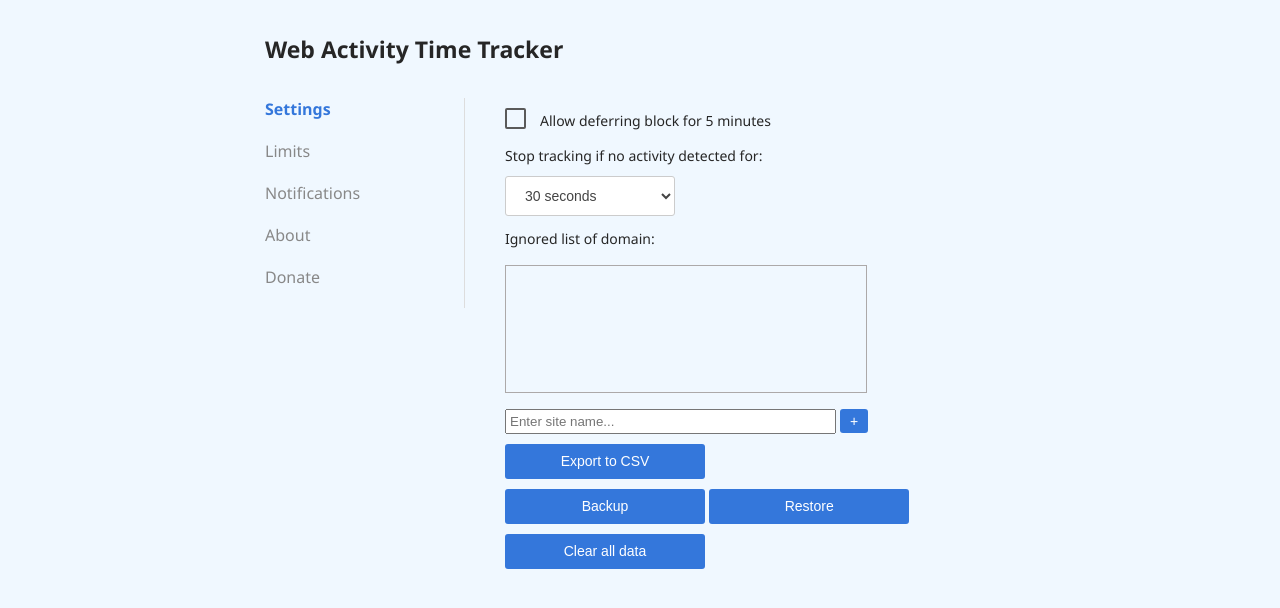
Repository: Inakhoyan/Lab-Project
Page: options.html
These files come from the project's save history. The page is drawn as it stood at one moment and after the next save; the edit follows.
The browser window is 1280 px wide. The pictures show the whole page.

Above is the page before, as saved 2022-11-19 00:44:58.
Console error: TypeError: Cannot read properties of null (reading 'addEventListener')

### options.html
<!DOCTYPE html>
<html lang="en">
<head>
    <head>
        <meta charset="utf-8">
        <title>Web Activity Time Tracker</title>
        <!-- <link href="style/picker/standalone.min.css" rel="stylesheet">
        <link href="style/picker/clockpicker.min.css" rel="stylesheet"> -->
        <link href="style/settings.css" rel="stylesheet">
        <script src="scripts/common.js"></script>
        <script src="scripts/storage.js"></script>
        <script src="scripts/settings.js"></script>
        <script src="scripts/restriction.js"></script>
        <script src="scripts/url.js"></script>
        <!-- <script src="scripts/picker/jquery-3.3.1.min.js"></script>
        <script src="scripts/picker/clockpicker.min.js"></script> -->
    </head>
</head>
<body>
    <body>
        <div class="content">
            <div class="header">
                <p class="title">Web Activity Time Tracker</p>
            </div>
            <div id="nav" class="nav">
                <a id="settingsBtn" class="active">Settings</a>
                <a id="restrictionsBtn">Limits</a>
                <a id="notifyBtn">Notifications</a>
                <a id="aboutBtn">About</a>
                <a id="donateBtn">Donate</a>
            </div>
            <div id="block">
                <div id="settingsBlock">

                    <div class="margin-top-10">
                        <label>
                            <input type="checkbox" class="filled-in" id="blockDeferral">
                            <span>Allow deferring block for 5 minutes</span>
                        </label>
                    </div>

                    <div class="margin-top-10">
                        <label>Stop tracking if no activity detected for: </label>
                        <div class="tooltip"><img height="18">
                            <span class="tooltiptext">An activity is an action with a mouse or keyboard</span>
                        </div>
                        <div class="margin-top-10">
                            <select id="intervalInactivity" class="option">
                                <option value="30">30 seconds</option>
                                <option value="45">45 seconds</option>
                                <option value="60">1 min</option>
                                <option value="120">2 min</option>
                                <option value="300">5 mins</option>
                                <option value="600">10 mins</option>
                                <option value="1200">20 mins</option>
                                <option value="1800">30 mins</option>
                            </select>
                        </div>

                        <div class="margin-top-10">
                            <label>Ignored list of domain: </label>
                            <div class="tooltip"><img height="18">
                                <span class="tooltiptext">Activity for these domains not will tracked</span>
                            </div>
                            <div class="margin-top-10">
                                <ul id="blackList" class="listbox" size="7"></ul>
                            </div>
                            <div class="margin-top-10">
                                <input type="text" placeholder="Enter site name..." id="addBlackSiteLbl">
                                <input type="button" value="+" id="addBlackSiteBtn">
                            </div>
                            <div class="notify warning" id="notifyForBlackList" hidden="">
                                The site is already in the list
                            </div>
                        </div>
                        <div class="margin-top-10">
                            <input type="button" value="Export to CSV" id="exportToCsv">
                        </div>
                        <div class="margin-top-10">
                            <input type="button" value="Backup" id="backup">
                            <input type="button" value="Restore" id="restore">
                            <input id="file-input-backup" class="hidden" type="file" name="backupFile">
                        </div>
                        <div class="notify" id="notify-backup" hidden="">
                            Backup completed successfully
                        </div>
                        <div class="notify" id="notify-restore" hidden="">
                            Restore completed successfully
                        </div>
                        <div class="notify warning" id="notify-restore-failed" hidden="">
                            Backup file is not valid
                        </div>

                        </div>
                        <div class="margin-top-10"><input type="button" value="Clear all data" id="clearAllData"></div>
                        <div class="notify" id="notify" hidden="">
                            Data successfully deleted
                        </div>
                    </div>
                </div>
                <div id="restrictionsBlock" hidden="">
                    <label>Access daily restrictions for websites: </label>
                    <div class="tooltip"><img src="/icons/information.svg" height="18">
                        <span class="tooltiptext">Set the maximum time allowed on the site per day. After this time, has elapsed the site will be blocked.
                            Restrictions can be configured for specific paths on a site as well.</span>
                    </div>
                    <div class="margin-top-10">
                        <input type="text" class="label-with-list" placeholder="Enter site name..." id="addRestrictionSiteLbl">
                        <div class="inline-block clockpicker" data-placement="left" data-align="top" data-autoclose="true">
                            <input type="text" class="clock" placeholder="Time..." readonly="" id="addRestrictionTimeLbl">
                        </div>
                        <input type="button" value="+" class="btn-with-list" id="addRestrictionSiteBtn">
                    </div>
                    <div class="margin-top-10">
                        <ul id="restrictionsList" class="listbox list" size="10"></ul>
                    </div>
                    <div class="notify warning notify-width-300" id="notifyForRestrictionList" hidden="">
                        The site is already in the list
                    </div>
                </div>



            </div>
        </div>



    </body>
</body>
</html>

### style/settings.css
body {
    font-family: "Segoe UI", Tahoma, sans-serif !important;
    color: #262626;
    background-color: aliceblue;
}

.content {
    width: 750px;
    margin: 10px auto;
    display: grid;
    grid-template-columns: 200px auto;
    grid-column-gap: 40px;
    grid-template-areas: 'h h' 'n m';
}

.title{
    font-size: 23px;
    font-weight: 650;
}

.header{
    grid-area: h;
    margin: 0 0 10px;
    font-size: 20px;
}

a {
    color: #3477db;
    text-decoration: none;
    cursor: pointer;
}

.nav{
    grid-area: n;
    border-right: 1px solid #ddd;
    padding-right: 15px;
    align-self: start;
}

.nav a {
    font-size: 16px;
    margin-bottom: 20px;
    color: #888;
    display: block;
}

.nav a:hover {
    font-size: 16px;
    margin-bottom: 20px;
    color: #3477db;
    display: block;
    font-weight: 650;
}

.nav .active {
    color: #3477db;
    font-weight: bold;
}

label{
    font-size: 14px;
}

[type="checkbox"]:not(:checked),[type="checkbox"]:checked {
    position: absolute;
    opacity: 0;
    pointer-events: none
}

[type="checkbox"]+span {
    position: relative;
    padding-left: 35px;
    cursor: pointer;
    display: inline-block;
    height: 25px;
    line-height: 25px;
    font-size: 14px;
    -webkit-user-select: none;
    -moz-user-select: none;
    -ms-user-select: none;
    user-select: none
}

[type="checkbox"]+span:before,[type="checkbox"]:not(.filled-in)+span:after {
    content: '';
    position: absolute;
    top: 0;
    left: 0;
    width: 18px;
    height: 18px;
    z-index: 0;
    border: 2px solid #5a5a5a;
    border-radius: 1px;
    margin-top: 3px;
}

[type="checkbox"]:not(:checked):disabled+span:before {
    border: none;
    background-color: rgba(0,0,0,0.42)
}

[type="checkbox"]:checked:disabled+span:before {
    border-right: 2px solid rgba(0,0,0,0.42);
    border-bottom: 2px solid rgba(0,0,0,0.42)
}

[type="checkbox"].filled-in+span:after {
    border-radius: 2px
}

[type="checkbox"].filled-in+span:before,[type="checkbox"].filled-in+span:after {
    content: '';
    left: 0;
    position: absolute;
    z-index: 1
}

[type="checkbox"].filled-in:not(:checked)+span:before {
    width: 0;
    height: 0;
    border: 3px solid transparent;
    left: 6px;
    top: 10px;
    -webkit-transform: rotateZ(37deg);
    transform: rotateZ(37deg);
    -webkit-transform-origin: 100% 100%;
    transform-origin: 100% 100%
}

[type="checkbox"].filled-in:not(:checked)+span:after {
    height: 17px;
    width: 17px;
    background-color: transparent;
    border: 2px solid #5a5a5a;
    top: 0px;
    z-index: 0
}

[type="checkbox"].filled-in:checked+span:before {
    top: -3px;
    left: -2px;
    width: 7px;
    height: 12px;
    border-top: 3px solid transparent;
    border-left: 3px solid transparent;
    border-right: 3px solid #fff;
    border-bottom: 3px solid #fff;
    -webkit-transform: rotateZ(35deg);
    transform: rotateZ(35deg);
    -webkit-transform-origin: 100% 100%;
    transform-origin: 100% 100%
}

[type="checkbox"].filled-in:checked+span:after {
    top: 0;
    width: 17px;
    height: 17px;
    border: 2px solid #3477db;
    background-color: #3477db;
    z-index: 0
}

input[type="button"]{
    background: #3477db;
    color: #fff;
    border-radius: 3px;
    height: 35px;
    line-height: 35px;
    padding: 0 20px;
    border: 0;
    font-size: 14px;
    font-weight: 500;
    cursor: pointer;
    min-width: 80px;
    text-align: center;
    width: 200px;
}

input[type="button"]:hover {
    background: #5c9dfe;
    text-decoration: none;
  }


  input[type="button"][disabled]{
    border: 1px solid #999999;
    background-color: #cccccc;
    color: #666666;
  }

.margin-top-10{
      margin-top: 10px;
  }

.margin-top-20{
    margin-top: 20px;
}

.margin-left-5{
    margin-left: 5px;
}

.option {
    min-width: 170px;
    color: #444;
    background: #fff;
    border-radius: 3px;
    margin: 0;
    padding: 10px 30px 10px 15px;
    font-size: 14px;
    border-color: #ccc;
    position: relative;
    cursor: pointer;
}

.tooltip {
    position: relative;
    display: inline-block;
  }

  /* Tooltip text */
  .tooltip .tooltiptext {
    visibility: hidden;
    width: 250px;
    background-color: #555;
    color: #fff;
    text-align: center;
    padding: 5px;
    border-radius: 6px;

    /* Position the tooltip text */
    position: absolute;
    z-index: 1;
    transform: translateX(-50%) translateY(-120%);

    /* Fade in tooltip */
    opacity: 0;
    transition: opacity 0.3s;
  }

  /* Show the tooltip text when you mouse over the tooltip container */
  .tooltip:hover .tooltiptext {
    visibility: visible;
    opacity: 1;
  }

  .hidden{
      display: none !important;
  }

  .notify{
    width: 220px;
    height: 27px;
    margin: auto;
    background-color: rgb(21, 104, 0);
    color: rgb(255, 255, 255);
    text-align: center;
    font-weight: 600;
    border-radius: 5px;
    position: fixed;
    z-index: 1;
    top: 10px;
    right: 20px;
    font-size: 15px;
    white-space: nowrap;
    padding: 10px;
  }

  .listbox{
      overflow-y: auto;
      width: 350px;
      height: 120px;
      padding: 3px;
      padding: 3px 5px 3px 5px;
      border: 1px solid rgb(172, 169, 169);
  }

  .listbox img{
      float: right;
      cursor: pointer;
  }

  #addBlackSiteLbl{
      width: 321px;
      height: 15px;
      padding: 3px;
  }

  #addBlackSiteBtn{
    height: 24px !important;
    line-height: 20px !important;
    padding: 0 5px !important;
    min-width: 20px !important;
    width: 28px !important;
  }

  .label-with-list{
    width: 333px;
    height: 15px;
    padding: 3px;
}

.btn-with-list{
  height: 24px !important;
  line-height: 20px !important;
  padding: 0 5px !important;
  min-width: 20px !important;
  width: 28px !important;
}

.list{
    width: 440px;
    height: 250px;
}

.clock{
    width: 65px;
    height: 15px;
    padding: 3px;
}

.clock-li-readonly{
    border: none;
    margin-left: -3px;
}

.inline-block{
    display: inline-block !important;
}

.block{
    display: block;
}

.notify.warning{
    background-color: rgb(219, 93, 104);
}

.notify-width-300{
    width: 300px !important;
}

.button:hover,
.button:active,
.button:focus,

.bold{
    font-weight: 650;
}

### scripts/common.js
var RangeForDays = {
    days2: 'days2',
    days3: 'days3',
    days4: 'days4',
    days5: 'days5',
    days6: 'days6',
    days7: 'days7',
    month1: 'month1',
    month2: 'month2',
    month3: 'month3'
};

var InactivityInterval = {
    second30: 30,
    second45: 45,
    min1: 60,
    min2: 120,
    min5: 300,
    min10: 600,
    min20: 1200,
    min30: 1800
};

var TypeListEnum = {
    ToDay: 1,
    All: 2,
    ByDays: 3,
};

var STORAGE_TABS = 'tabs';
var STORAGE_BLACK_LIST = 'black_list';
var STORAGE_RESTRICTION_LIST = 'restriction_list';
var STORAGE_NOTIFICATION_LIST = 'notification_list';
var STORAGE_NOTIFICATION_MESSAGE = 'notification_message';
var STORAGE_TIMEINTERVAL_LIST = 'time_interval';

var DEFERRED_TIMEOUT = 300000;

var SETTINGS_INTERVAL_INACTIVITY_DEFAULT = InactivityInterval.second30;
var SETTINGS_INTERVAL_CHECK_DEFAULT = 1000;
var SETTINGS_INTERVAL_SAVE_STORAGE_DEFAULT = 5000;
var SETTINGS_INTERVAL_RANGE_DEFAULT = RangeForDays.days7;
var SETTINGS_VIEW_TIME_IN_BADGE_DEFAULT = true;
var SETTINGS_BLOCK_DEFERRAL_DEFAULT = true;
var SETTINGS_DARK_MODE_DEFAULT = false;
var SETTINGS_SHOW_HINT_DEFAULT = true;
var STORAGE_NOTIFICATION_MESSAGE_DEFAULT = 'You have spent a lot of time on this site';

var SETTINGS_INTERVAL_INACTIVITY = 'inactivity_interval';
var SETTINGS_INTERVAL_SAVE_STORAGE = 'interval_save_in_storage';
var SETTINGS_INTERVAL_RANGE = 'range_days';
var SETTINGS_DARK_MODE = 'night_mode';
var SETTINGS_VIEW_TIME_IN_BADGE = 'view_time_in_badge';
var SETTINGS_BLOCK_DEFERRAL = 'view_block_deferral';
var SETTINGS_SHOW_HINT = 'show_hint';

function isEmpty(obj) {
    for (var prop in obj) {
        if (obj.hasOwnProperty(prop))
            return false;
    }

    return JSON.stringify(obj) === JSON.stringify({});
}

function convertTimeToSummaryTime(time) {
    var resultTimeValue = Number(time);
    if (!isNaN(resultTimeValue)){
        return resultTimeValue;
    }

    var timeValue = time.split(':');
    var hour = timeValue[0];
    var min = timeValue[1];
    resultTimeValue = 0;
    if (hour > 0)
        resultTimeValue = hour * 3600;
    resultTimeValue += min * 60;

    return resultTimeValue;
}

function convertSummaryTimeToBadgeString(summaryTime) {
    var sec = (summaryTime);
    var min = (summaryTime / 60).toFixed(0);
    var hours = (summaryTime / (60 * 60)).toFixed(1);
    var days = (summaryTime / (60 * 60 * 24)).toFixed(0);

    if (sec < 60) {
        return sec + "s";
    } else if (min < 60) {
        return min + "m";
    } else if (hours < 24) {
        return hours + "h";
    } else {
        return days + "d"
    }
}

function convertShortSummaryTimeToString(summaryTime) {
    var hours = Math.floor(summaryTime / 3600);
    var totalSeconds = summaryTime % 3600;
    var mins = Math.floor(totalSeconds / 60);

    hours = zeroAppend(hours);
    mins = zeroAppend(mins);

    return hours + 'h : ' + mins + 'm';
}

function convertShortSummaryTimeToLongString(summaryTime) {
    var hours = Math.floor(summaryTime / 3600);
    var totalSeconds = summaryTime % 3600;
    var mins = Math.floor(totalSeconds / 60);

    hours = zeroAppend(hours);
    mins = zeroAppend(mins);

    return hours + ' hour ' + mins + ' minutes';
}

function getArrayTime(summaryTime) {
    var days = Math.floor(summaryTime / 3600 / 24);
    var totalHours = summaryTime % (3600 * 24);
    var hours = Math.floor(totalHours / 3600);
    var totalSeconds = summaryTime % 3600;
    var mins = Math.floor(totalSeconds / 60);
    var seconds = totalSeconds % 60;

    days = zeroAppend(days);
    hours = zeroAppend(hours);
    mins = zeroAppend(mins);
    seconds = zeroAppend(seconds);

    return {
        'days': days,
        'hours': hours,
        'mins': mins,
        'seconds': seconds
    };
}

function convertSummaryTimeToString(summaryTime) {
    var days = Math.floor(summaryTime / 3600 / 24);
    var totalHours = summaryTime % (3600 * 24);
    var hours = Math.floor(totalHours / 3600);
    var totalSeconds = summaryTime % 3600;
    var mins = Math.floor(totalSeconds / 60);
    var seconds = totalSeconds % 60;

    hours = zeroAppend(hours);
    mins = zeroAppend(mins);
    seconds = zeroAppend(seconds);

    if (days > 0)
        return days + 'd ' + hours + 'h ' + mins + 'm ' + seconds + 's';
    else return hours + 'h ' + mins + 'm ' + seconds + 's';
}

function zeroAppend(time) {
    if (time < 10)
        return '0' + time;
    else return time;
}

function isDateInRange(dateStr, range) {
    return new Date(dateStr) >= range.from && new Date(dateStr) <= range.to;
}

function isCorrectDate(range) {
    return range.from.getFullYear() >= 2019 && range.to.getFullYear() >= 2019;
}

function getDateFromRange(range) {
    switch (range) {
        case 'days2':
            return 2;
        case 'days3':
            return 3;
        case 'days4':
            return 4;
        case 'days5':
            return 5;
        case 'days6':
            return 6;
        case 'days7':
            return 7;
        case 'month1':
            return 30;
        case 'month2':
            return 60;
        case 'month3':
            return 90;
    }
}

function treatAsUTC(date) {
    var result = new Date(date);
    result.setMinutes(result.getMinutes() - result.getTimezoneOffset());
    return result;
}

function daysBetween(startDate, endDate) {
    var millisecondsPerDay = 24 * 60 * 60 * 1000;
    return ((treatAsUTC(endDate) - treatAsUTC(startDate)) / millisecondsPerDay) + 1;
}

function todayLocalDate(){
    return new Date().toLocaleDateString('en-US');
}

### scripts/storage.js
'use strict';

class LocalStorage {
    loadTabs(name, callback, callbackIsUndefined) {
        chrome.storage.local.get(name, function(item) {
            if (item[name] !== undefined) {
                var result = item[name];
                if (result !== undefined)
                    callback(result);
            } else {
                if (callbackIsUndefined !== undefined)
                    callbackIsUndefined();
            }
        });
    }

    saveTabs(value, callback) {
        chrome.storage.local.set({ tabs: value });
        if (callback !== undefined)
            callback();
    }

    saveValue(name, value) {
        chrome.storage.local.set({
            [name]: value
        });
    }

    getValue(name, callback) {
        chrome.storage.local.get(name, function(item) {
            if (item !== undefined) {
                callback(item[name]);
            }
        });
    }

    getMemoryUse(name, callback) {
        chrome.storage.local.getBytesInUse(name, callback);
    };
}

### scripts/restriction.js
'use strict';

class Restriction {
    constructor(url, time) {
        this.url = new Url(url);
        this.time = convertTimeToSummaryTime(time);
    }
};

class Notification{
    constructor(url, time) {
        this.url = new Url(url);
        this.time = convertTimeToSummaryTime(time);
    }
};

### scripts/url.js
"use strict";

class Url {
  constructor(url) {
    if (url instanceof URL) {
      item = url;
    } else if (typeof url === "string") {
      if (url.indexOf("//") === -1) {
        url = "http://" + url;
      }
    } else {
      this.href = url.href;
      this.host = url.host;
      this.path = url.path;
      return;
    }

    var item = new URL(url);

    this.href = item.href;
    this.host = item.hostname;
    this.path = item.pathname === "/" ? "" : item.pathname;
  }

  isMatch(url) {
    if (!url) {
      return false;
    }

    try {
      url = url instanceof Url ? url : new Url(url);
    } catch {
      return false;
    }

    return this.isHostMatch(url.host) && this.isPathMatch(url.path);
  }

  isHostMatch(host) {
    if (host === this.host) {
      return true;
    }

    var thisHostParts = this.host.split(".").reverse();

    var hostParts = host.split(".").reverse();

    var result = thisHostParts.every((part, i) => hostParts[i] === part);

    return result;
  }

  isPathMatch(path) {
    var result = this.path === '' || path === this.path  || path.indexOf(this.path) === 0;

    return result;
  }

  getId() {
    return this.host + this.path.replace(/\//g, "-");
  }

  toString() {
    return this.host + this.path;
  }
}

Loaded but not shown: scripts/settings.js (531 lines, source omitted)

After the next save:
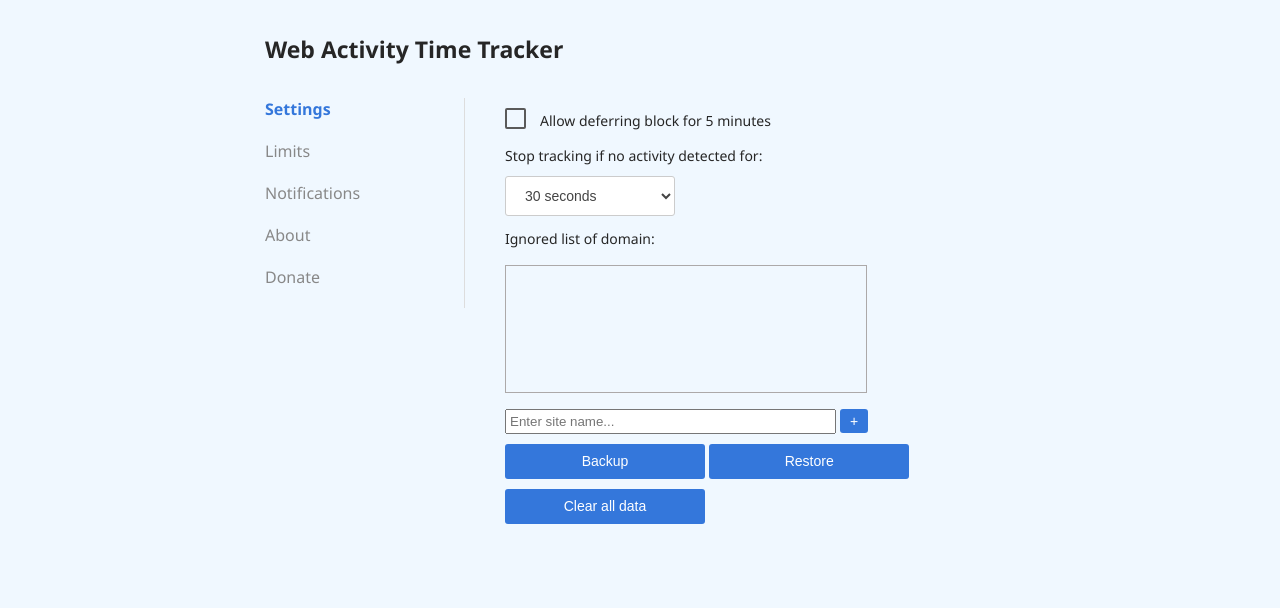
Saved 12 min 40 s later.
--- a/options.html
+++ b/options.html
@@ -73,9 +73,7 @@
                                 The site is already in the list
                             </div>
                         </div>
-                        <div class="margin-top-10">
-                            <input type="button" value="Export to CSV" id="exportToCsv">
-                        </div>
+
                         <div class="margin-top-10">
                             <input type="button" value="Backup" id="backup">
                             <input type="button" value="Restore" id="restore">
